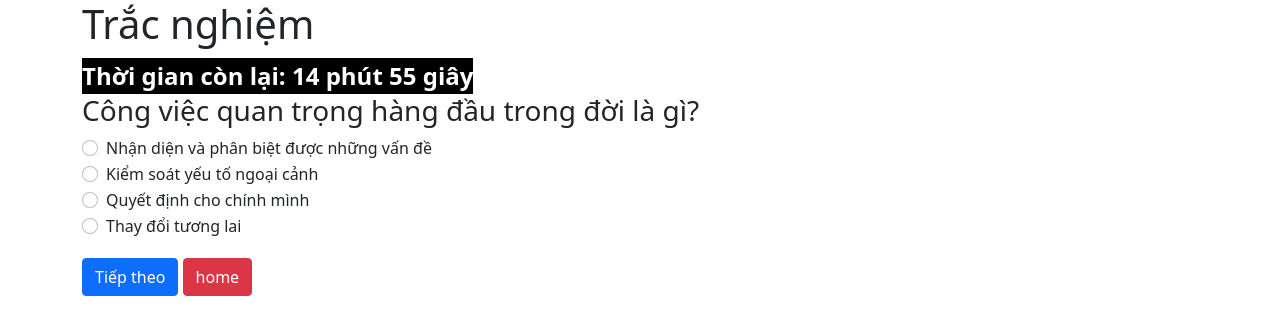
Repository: tran-thien-nhan/quiz_tlln
Page: men_advantage_quiz.html
The author's editor kept a copy of each file at every save. The page is drawn from the files as they stood at one save, then again after the next save.
The browser window is 1280 px wide. The pictures show the whole page.

Above is the page before, as saved 2023-06-25 19:09:41.

### men_advantage_quiz.html
<!DOCTYPE html>
<html lang="en">

<head>
    <meta charset="UTF-8">
    <meta name="viewport" content="width=device-width, initial-scale=1.0">
    <title>Trắc nghiệm</title>
    <link rel="stylesheet" href="https://cdnjs.cloudflare.com/ajax/libs/bootstrap/5.0.2/css/bootstrap.min.css">
    <style>
        .question {
            margin-bottom: 20px;
        }
    </style>
</head>

<body>
    <div class="container">
        <h1>Trắc nghiệm</h1>
        <div id="timeclock"></div>
        <div class="question" id="questionContainer">
            <h3 id="question"></h3>
            <div class="form-check">
                <input class="form-check-input" type="radio" name="answer" id="answer1">
                <label class="form-check-label" for="answer1" id="answerText1"></label>
            </div>
            <div class="form-check">
                <input class="form-check-input" type="radio" name="answer" id="answer2">
                <label class="form-check-label" for="answer2" id="answerText2"></label>
            </div>
            <div class="form-check">
                <input class="form-check-input" type="radio" name="answer" id="answer3">
                <label class="form-check-label" for="answer3" id="answerText3"></label>
            </div>
            <div class="form-check">
                <input class="form-check-input" type="radio" name="answer" id="answer4">
                <label class="form-check-label" for="answer4" id="answerText4"></label>
            </div>
            <span id="result"></span>
        </div>

        <button class="btn btn-primary" id="nextButton">Tiếp theo</button>
        <span id="score"></span>
        <a href="index.html" class="btn btn-danger" id="home">home</a>
    </div>

    <!-- Modal -->
    <div class="modal fade" id="myModal" tabindex="-1" aria-labelledby="exampleModalLabel" aria-hidden="true">
        <div class="modal-dialog">
            <div class="modal-content">
                <div class="modal-header">
                    <h5 class="modal-title" id="exampleModalLabel">Thông báo</h5>
                    <button type="button" class="btn-close" data-bs-dismiss="modal" aria-label="Close"></button>
                </div>
                <div class="modal-body">
                    Bạn có 15 phút để làm trắc nghiệm.
                </div>
            </div>
        </div>
    </div>

    <script src="https://cdnjs.cloudflare.com/ajax/libs/bootstrap/5.0.2/js/bootstrap.bundle.min.js"></script>
    <script>
        // Đọc câu hỏi từ tệp JSON
        fetch("men_advantage.json")
            .then(response => response.json())
            .then(data => {
                const questions = data.questions;

                // Lấy ngẫu nhiên 20 câu hỏi
                const randomQuestions = getRandomElements(questions, 3);

                let currentQuestionIndex = 0;
                let score = 0;
                let timeRemaining = 900; // 15 phút * 60 giây = 900 giây

                const questionContainer = document.getElementById("questionContainer");
                const questionElement = document.getElementById("question");
                const answerTextElements = [
                    document.getElementById("answerText1"),
                    document.getElementById("answerText2"),
                    document.getElementById("answerText3"),
                    document.getElementById("answerText4")
                ];
                const resultElement = document.getElementById("result");
                const nextButton = document.getElementById("nextButton");
                const scoreElement = document.getElementById("score");

                // Cập nhật câu hỏi và câu trả lời
                function updateQuestion() {
                    const question = randomQuestions[currentQuestionIndex];
                    questionElement.textContent = question.question;
                    resultElement.textContent = "";

                    for (let i = 0; i < answerTextElements.length; i++) {
                        answerTextElements[i].textContent = question.choices[i];
                    }
                }

                // Kiểm tra câu trả lời
                function checkAnswer() {
                    const question = randomQuestions[currentQuestionIndex];
                    const selectedAnswer = document.querySelector('input[name="answer"]:checked');

                    if (selectedAnswer) {
                        const selectedAnswerText = selectedAnswer.nextElementSibling.textContent;

                        if (selectedAnswerText === question.correctAnswer) {
                            score += 1;
                            resultElement.textContent = "Đúng";
                            resultElement.style.color = "green";
                        } else {
                            resultElement.textContent = "Sai";
                            resultElement.style.color = "red";
                        }

                        setTimeout(() => {
                            currentQuestionIndex++;

                            if (currentQuestionIndex < randomQuestions.length) {
                                updateQuestion();
                                selectedAnswer.checked = false;
                                nextButton.disabled = true;
                                setTimeout(() => {
                                    nextButton.disabled = false;
                                }, 200);
                            } else {
                                clearInterval(timerInterval);
                                questionContainer.style.display = "none";
                                nextButton.style.display = "none";
                                const finalScore = (score / randomQuestions.length) * 10;
                                scoreElement.textContent = `Tổng điểm: ${finalScore.toFixed(1)}`;
                                scoreElement.style.display = "block";
                                scoreElement.style.fontWeight = "bold";

                                if (finalScore > 5) {
                                    scoreElement.style.color = "green"; // Màu xanh lá cây nếu tổng điểm lớn hơn 5
                                } else {
                                    scoreElement.style.color = "red"; // Màu đỏ nếu tổng điểm nhỏ hơn hoặc bằng 5
                                }

                                scoreElement.style.fontSize = "2rem";

                                if (timeRemaining === 0) {
                                    questionContainer.style.display = "none";
                                    nextButton.style.display = "none";
                                } else {
                                    questionContainer.style.display = "none";
                                    nextButton.style.display = "none";
                                    const minutes = Math.floor((15 * 60 - timeRemaining) / 60);
                                    const seconds = (15 * 60 - timeRemaining) % 60;
                                    timerElement.textContent = `Bạn đã làm xong trong: ${minutes} phút ${seconds} giây`;
                                    timerElement.style.backgroundColor = "white";
                                    timerElement.style.color = "black";
                                }
                            }
                        }, 200);
                    }
                }

                // Xử lý sự kiện khi nhấn nút "Tiếp theo"
                nextButton.addEventListener("click", () => {
                    checkAnswer();
                });

                // Bắt đầu trắc nghiệm
                updateQuestion();

                // Đồng hồ đếm ngược
                const timerElement = document.createElement("div");
                timerElement.style.fontSize = "24px";
                timerElement.style.fontWeight = "bold";
                timerElement.style.marginTop = "10px";
                timerElement.style.textAlign = "center";
                timerElement.style.color = "white";
                timerElement.style.backgroundColor = "black";
                timerElement.style.width = "fit-content";
                timeclock.appendChild(timerElement);

                const timerInterval = setInterval(() => {
                    timeRemaining--;
                    const minutes = Math.floor(timeRemaining / 60);
                    const seconds = timeRemaining % 60;
                    timerElement.textContent = `Thời gian còn lại: ${minutes} phút ${seconds} giây`;

                    if (timeRemaining === 0) {
                        clearInterval(timerInterval);
                        questionContainer.style.display = "none";
                        nextButton.style.display = "none";
                        const finalScore = (score / randomQuestions.length) * 10;
                        scoreElement.textContent = `Tổng điểm: ${finalScore.toFixed(1)}`;
                        scoreElement.style.display = "block";
                        scoreElement.style.fontWeight = "bold";
                        scoreElement.style.color = "red";
                        scoreElement.style.fontSize = "2rem";
                    }
                }, 1000);

                // Hiển thị modal thông báo
                const modal = new bootstrap.Modal(document.getElementById("myModal"));
                modal.show();

                // Tự động đóng modal sau 3 giây
                setTimeout(() => {
                    modal.hide();
                }, 3000);
            })
            .catch(error => {
                console.error("Error:", error);
            });

        // Hàm lấy ngẫu nhiên các phần tử từ một mảng
        function getRandomElements(array, numElements) {
            const shuffledArray = array.sort(() => Math.random() - 0.5);
            return shuffledArray.slice(0, numElements);
        }
    </script>
</body>

</html>

### men_advantage.json
{
    "questions": [
        {
            "question": "Công việc quan trọng hàng đầu trong đời là gì?",
            "choices": [
                "Nhận diện và phân biệt được những vấn đề",
                "Kiểm soát yếu tố ngoại cảnh",
                "Quyết định cho chính mình",
                "Thay đổi tương lai"
            ],
            "correctAnswer": "Nhận diện và phân biệt được những vấn đề"
        }
    ]
}

After the next save:
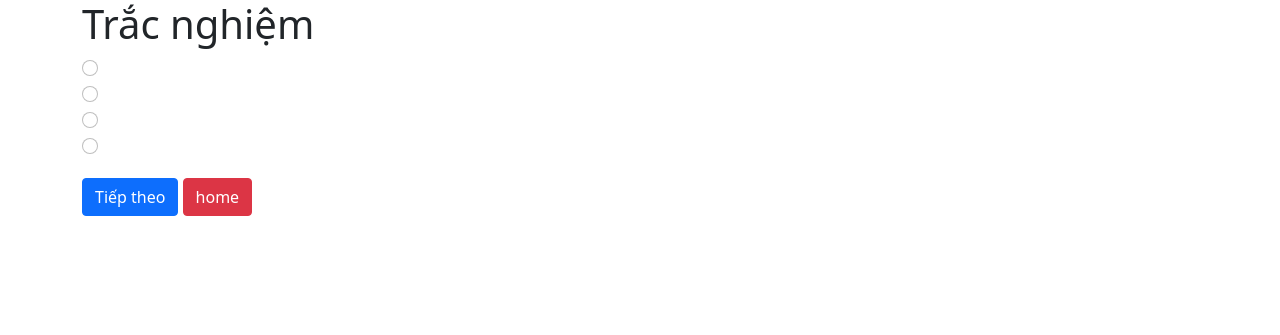
Console error: SyntaxError: Identifier 'questionElement' has already been declared
Saved 6 min 0 s later.
--- a/men_advantage_quiz.html
+++ b/men_advantage_quiz.html
@@ -75,6 +75,7 @@
 
                 const questionContainer = document.getElementById("questionContainer");
                 const questionElement = document.getElementById("question");
+                const questionElement = document.getElementById("image");
                 const answerTextElements = [
                     document.getElementById("answerText1"),
                     document.getElementById("answerText2"),

After the save that followed:
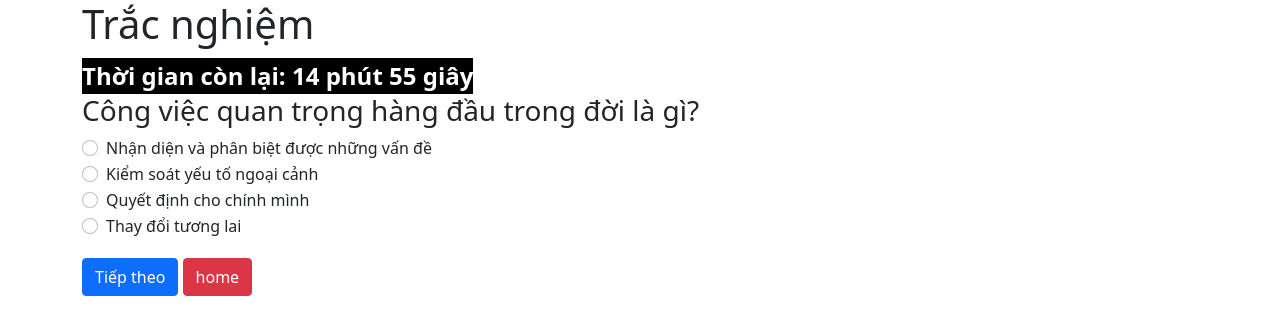
The error is gone.
Saved 9 s later.
--- a/men_advantage_quiz.html
+++ b/men_advantage_quiz.html
@@ -75,7 +75,7 @@
 
                 const questionContainer = document.getElementById("questionContainer");
                 const questionElement = document.getElementById("question");
-                const questionElement = document.getElementById("image");
+                const imageElement = document.getElementById("image");
                 const answerTextElements = [
                     document.getElementById("answerText1"),
                     document.getElementById("answerText2"),
